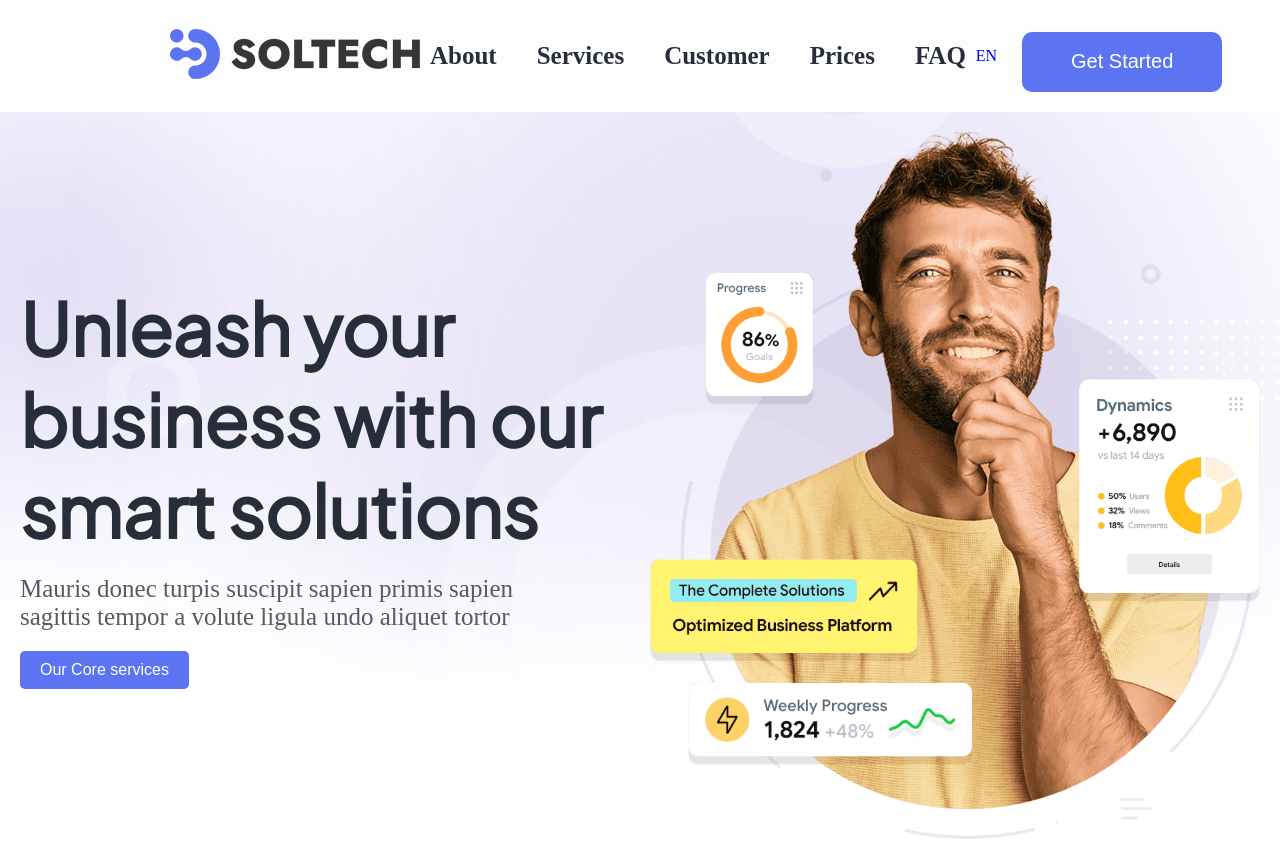
Repository: md-rabbi-hossain/Soltech-html
Page: index.html
The author's editor kept a copy of each file at every save. The page is drawn from the files as they stood at one save, then again after the next save.
The browser window is 1280 px wide. The pictures show the whole page.

Above is the page before, as saved 2025-01-08 14:52:18.

After the next save:
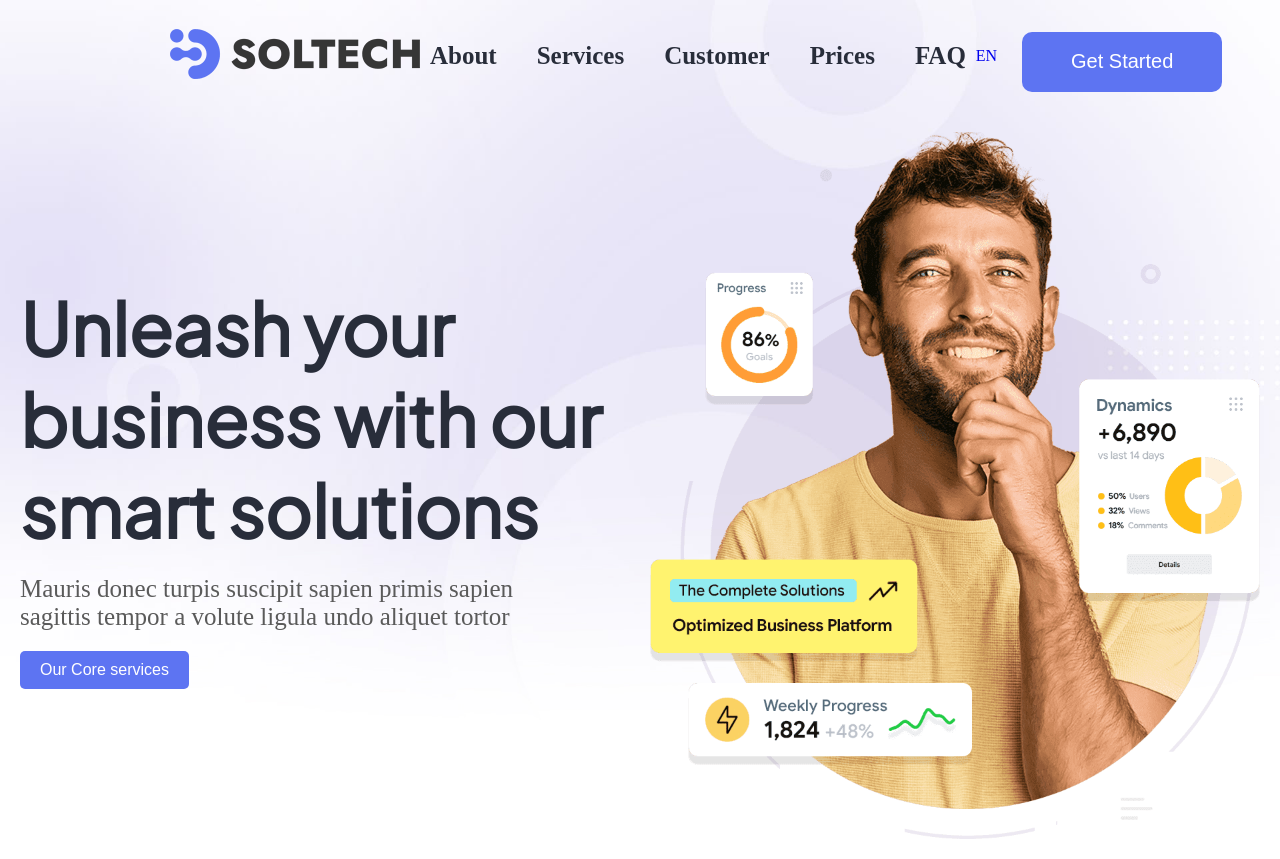
Saved 42 s later.
--- a/Css/style.css
+++ b/Css/style.css
@@ -52,13 +52,14 @@
   padding-right: 150px;
   padding-top: 20px;
   padding-bottom: 20px;
-  background-color: #fdfdfe;
+
   position: relative; /* Start with relative position */
   transition: all 0.3s ease; /* Smooth transition for all changes */
   z-index: 1000;
 }
 
 nav.sticky {
+  background-color: #fdfdfe;
   position: fixed; /* Change position to fixed when sticky */
   top: 0; /* Stick the navbar to the top */
   box-shadow: 0 4px 6px rgba(0, 0, 0, 0.1); /* Add a shadow effect for better visibility */

After the 3 saves that followed:
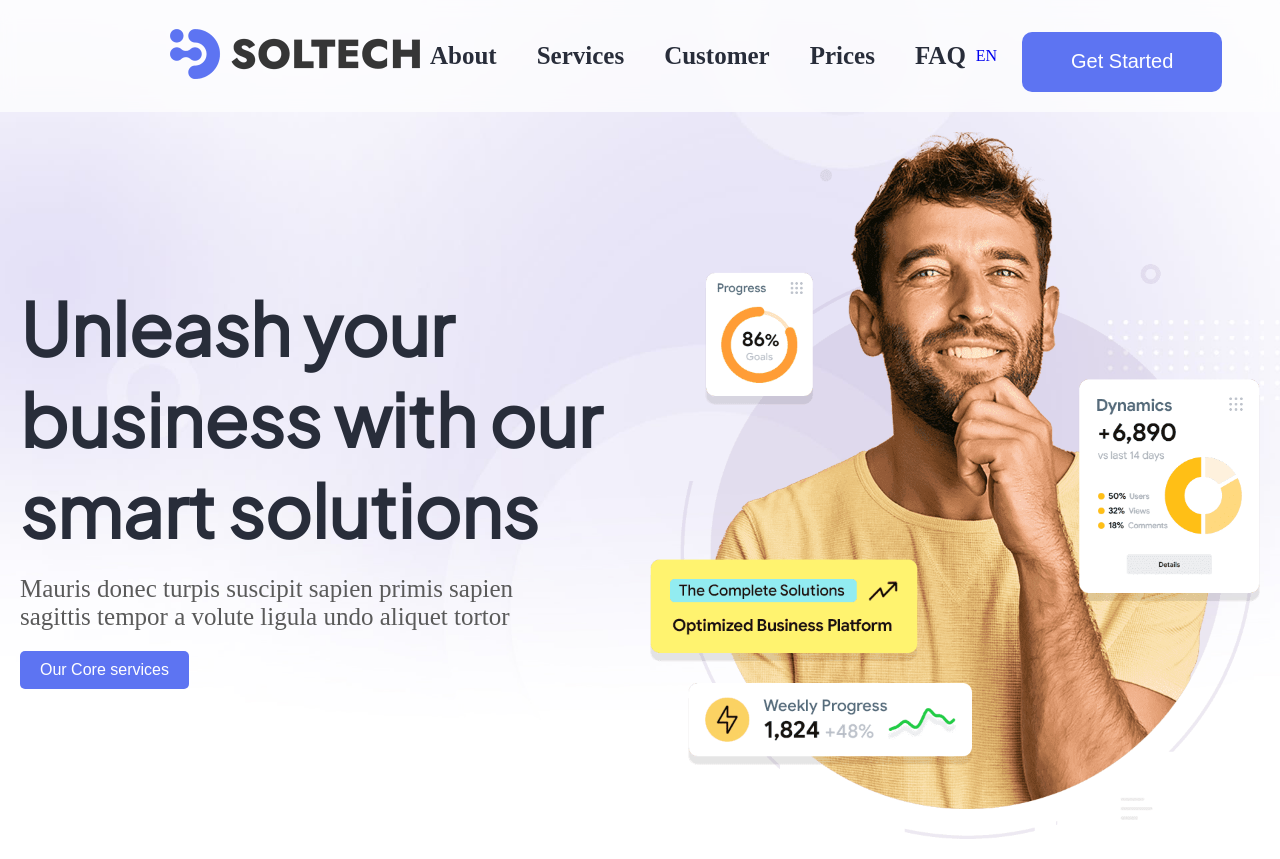
The 3 saves are shown as one change because 2 left the picture as it was.
The last was saved 4 min 31 s later.
--- a/Css/style.css
+++ b/Css/style.css
@@ -52,16 +52,22 @@
   padding-right: 150px;
   padding-top: 20px;
   padding-bottom: 20px;
-
-  position: relative; /* Start with relative position */
-  transition: all 0.3s ease; /* Smooth transition for all changes */
+  background-color: rgba(
+    253,
+    253,
+    254,
+    0.8
+  ); /* Add some transparency to allow blur effect */
+  position: relative;
+  transition: all 0.3s ease;
   z-index: 1000;
+  backdrop-filter: blur(10px); /* Apply the blur effect */
 }
 
 nav.sticky {
   background-color: #fdfdfe;
-  position: fixed; /* Change position to fixed when sticky */
-  top: 0; /* Stick the navbar to the top */
+  position: sticky;
+  top: 0;
   box-shadow: 0 4px 6px rgba(0, 0, 0, 0.1); /* Add a shadow effect for better visibility */
 }
 
